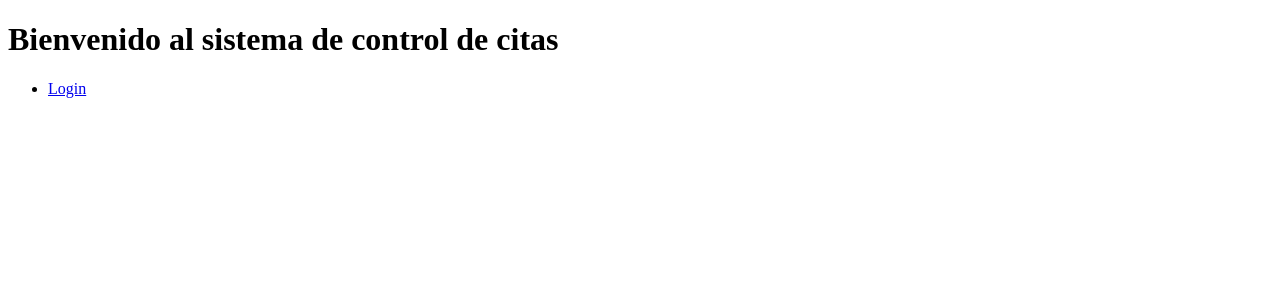
Repository: Danielborja/juegoLaravel
Page: http://localhost/
The author's editor kept a copy of each file at every save. The page is drawn from the files as they stood at one save, then again after the next save.
The browser window is 1280 px wide. The pictures show the whole page.
The page is served by the project's Laravel application, run on PHP 8.4 with Laravel 10.

Above is the page before, as saved 2023-04-21 13:30:56.

After the next save:
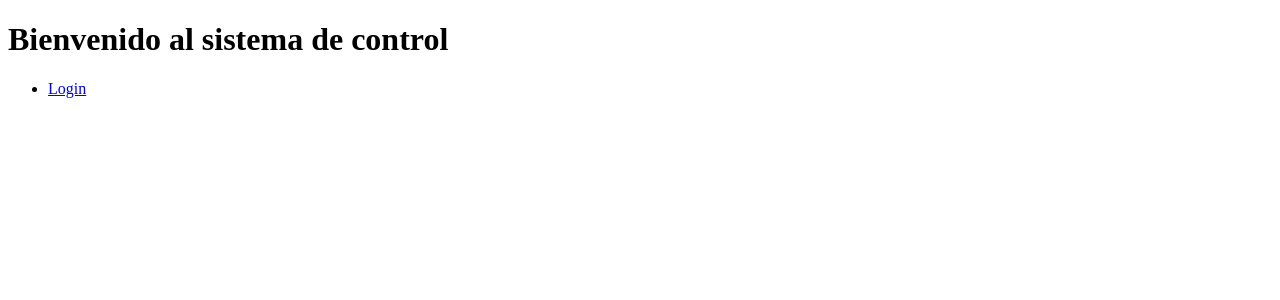
Saved 4 min 29 s later.
--- a/resources/views/welcome.blade.php
+++ b/resources/views/welcome.blade.php
@@ -15,7 +15,7 @@
     </head>
     <body class="antialiased">
 
-        <h1>Bienvenido al sistema de control de citas</h1>
+        <h1>Bienvenido al sistema de control </h1>
     <ul>
         <li><a href="{{ route('login') }}">Login</a></li>
         {{-- <li><a href="{{ route('register') }}">Registrarse como paciente o doctor</a></li> --}}
